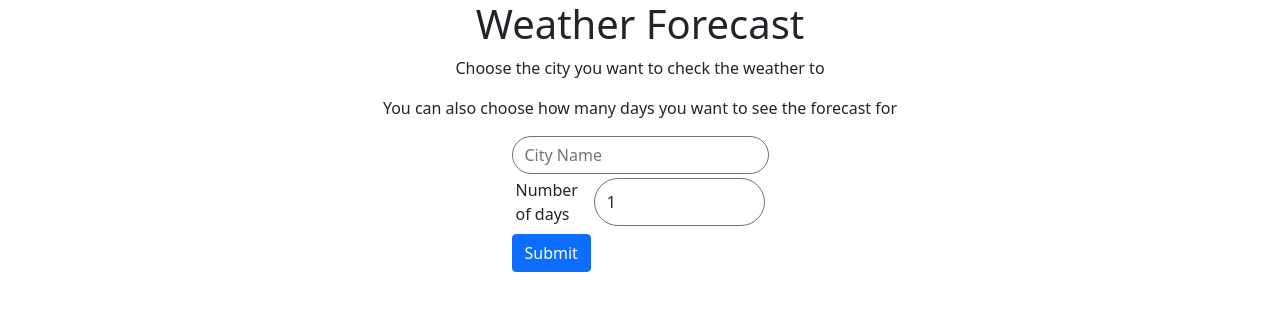
Repository: DimitrisDoxopoulos/my-own-weather-app
Page: /
The author's editor kept a copy of each file at every save. The page is drawn from the files as they stood at one save, then again after the next save.
The browser window is 1280 px wide. The pictures show the whole page.
The project was rebuilt for these pictures with package versions that can differ from the ones it lists, and the page was loaded fresh each time.

Above is the page before, as saved 2021-06-03 18:36:38.

After the next save:
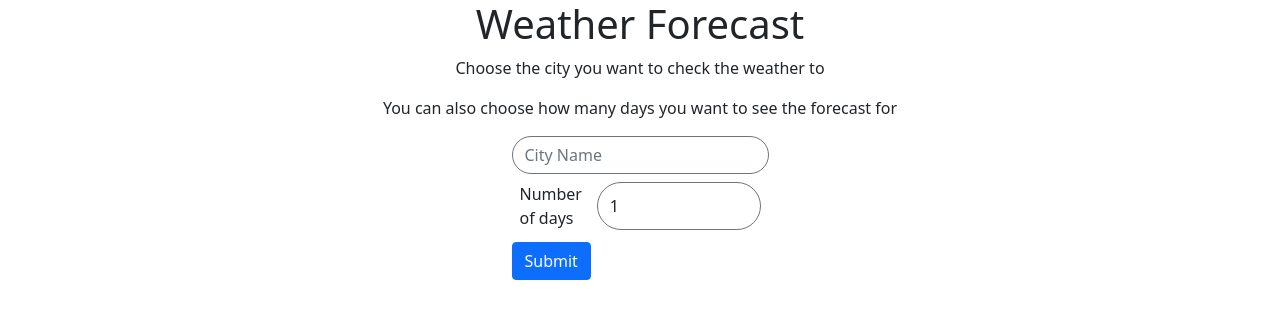
Saved 8 s later.
--- a/src/components/Form.js
+++ b/src/components/Form.js
@@ -7,7 +7,7 @@ const Form = () => {
                 <div className="form-group">
                     <input type="text" className="form-control border-secondary rounded-pill" id="exampleFormControlInput1" placeholder="City Name" />
                 </div>
-                <div className="form-group d-flex p-1">
+                <div className="form-group d-flex p-2">
                    <label for="exampleFormControlSelect1">Number of days</label>
                     <select className="form-control border-secondary rounded-pill" id="exampleFormControlSelect1">
                         <option>1</option>
